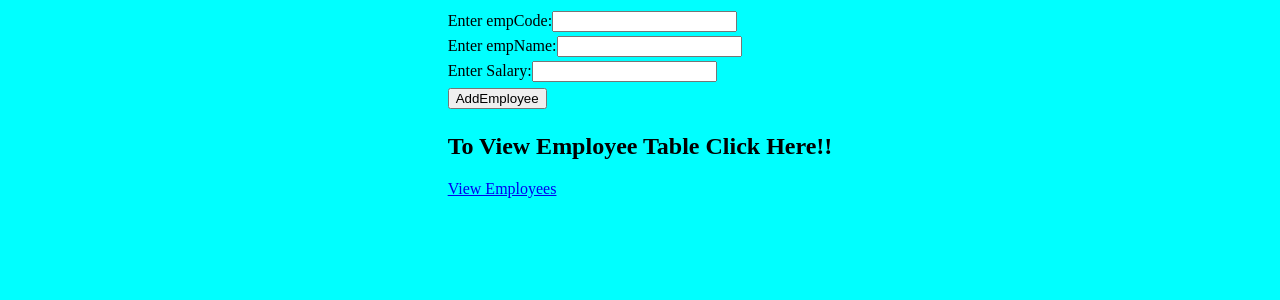
Repository: SravyaChunduri/workspace
Page: http://localhost/DAY15_DAO_/AddEmployee.jsp
An editor plug-in stored every save of this project. The page is shown before and after the next save, followed by the edit.
The browser window is 1280 px wide. The pictures show the whole page.
The page is served by Tomcat 9.

Above is the page before, as saved 2015-08-11 07:20:50.

After the next save:
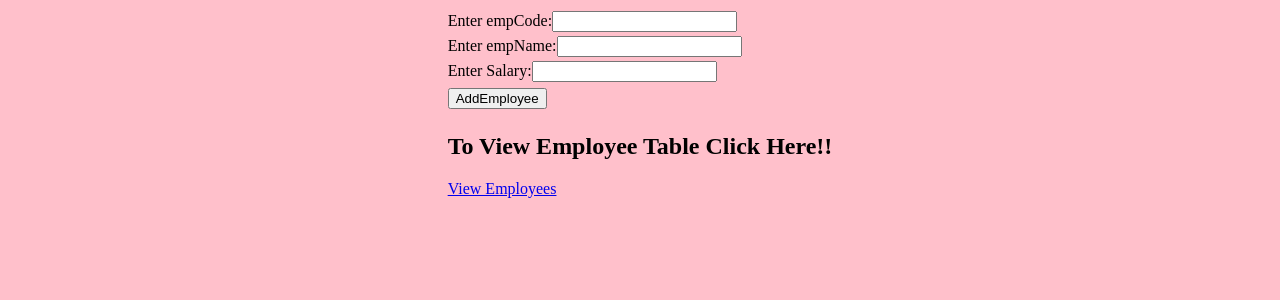
Saved 5 min 21 s later.
--- a/DAY15(DAO)/WebContent/AddEmployee.jsp
+++ b/DAY15(DAO)/WebContent/AddEmployee.jsp
@@ -6,7 +6,7 @@
 <meta http-equiv="Content-Type" content="text/html; charset=ISO-8859-1">
 <title>Insert title here</title>
 </head>
-<body bgcolor="cyan">
+<body bgcolor="pink">
 <form action="AddEmployee">
 <table align="center">
 <tr><td>Enter empCode:<input type="text" name="empCode"></td></tr>
